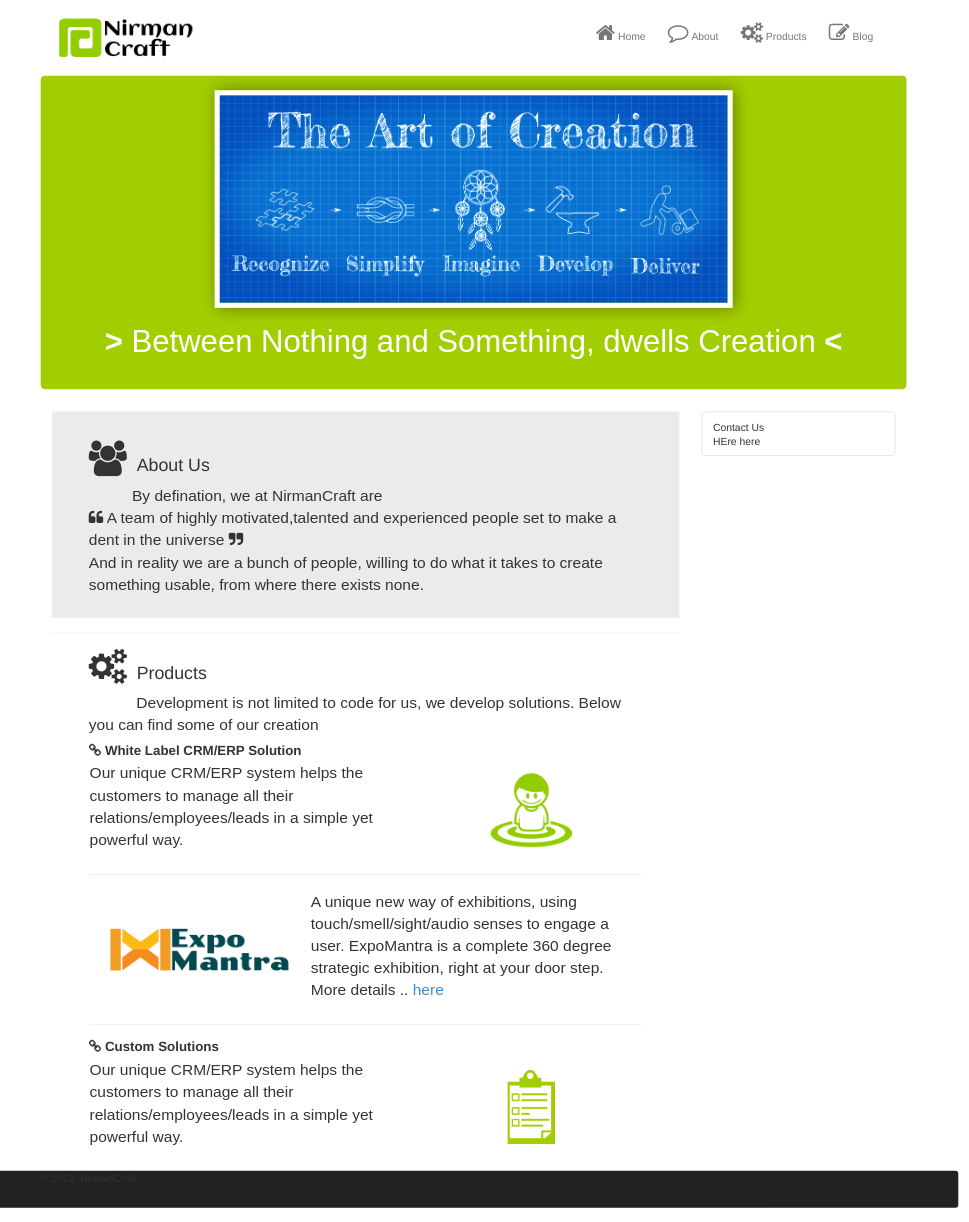
Repository: MeShreyas/NirmanCraftWebsite
Page: NirmanCraft/index.html
An editor plug-in stored every save of this project. The page is shown before and after the next save, followed by the edit.
The browser window is 1280 px wide. The page is 1310 px wide, so the pictures cover 1310 px, including what lies to the right of the window. The pictures show the whole page, at 74% of full size.
Some web fonts or font styles are not loaded; a fallback is used.

Above is the page before, as saved 2013-10-08 08:46:47.
Console error: ReferenceError: jQuery is not defined

### NirmanCraft/index.html
<!DOCTYPE html>
<html lang="en">
	<head>
		<meta charset="utf-8">

		<!-- Always force latest IE rendering engine (even in intranet) & Chrome Frame
		Remove this if you use the .htaccess -->
		<meta http-equiv="X-UA-Compatible" content="IE=edge,chrome=1">

		<title>Nirman Craft</title>
		<meta name="description" content="">
		<meta name="author" content="Shreyas">

		<meta name="viewport" content="width=device-width; initial-scale=1.0">

		<!-- Replace favicon.ico & apple-touch-icon.png in the root of your domain and delete these references -->
		<link rel="shortcut icon" href="/favicon.ico">
		<link rel="stylesheet" href="css/bootstrap.min.css">
		<link rel="apple-touch-icon" href="/apple-touch-icon.png">
		<link rel="stylesheet" href="font-awesome/css/font-awesome.min.css"/>
		<style type="text/css">
			.title-text {
				font-family: 'Strait', sans-serif;
				font-size: 2em;
				color: #FFFFFF;
			}

			.header-text {
				font-family: 'Strait', sans-serif;
				font-size: 1.5em;
				color: #333333;
			}
		</style>
	</head>

	<body>
		<div class="row">
			<header class="container navbar" style="background-color: #FFFFFF;margin-bottom:0px">
				<div class="container">
					<div class="navbar-header">
						<a class="navbar-brand" href="../"><img src="images/nclogo.png" width="200px" style="padding:10px"/></a>
					</div>
					<div class="navbar-text pull-right">
						<ul class="nav navbar-nav container" >
							<li>
								<a href="../getting-started"><i class="icon-home icon-2x"></i>&nbsp;Home</a>
							</li>
							<li>
								<a href="../css"><i class="icon-comment-alt icon-2x"></i>&nbsp;About</a>
							</li>
							<li>
								<a href="../components"><i class="icon-cogs icon-2x"></i>&nbsp;Products</a>
							</li>
							<li>
								<a href="../javascript"><i class="icon-edit icon-2x"></i>&nbsp;Blog</a>
							</li>

						</ul>
					</div>
				</div>
			</header>

			<div class="container jumbotron" style="padding:20px 0px;margin-top:0px;background-color: #A2CD00">
				<div class="container title-text">
					<center>
						<img src="images/finalbanner.png" width="700px" style="border:7px solid #FFFFFF;box-shadow: 3px 0px 20px rgba(0,0,0,0.4)"/>
						<br/>
						<strong>>&nbsp;</strong>Between Nothing and Something, dwells Creation<strong>&nbsp;<</strong>
					</center>
				</div>
			</div>
			<div class="row">
				<div class="container">
					<div class="content col-lg-9">
						<div class="header-text" style="padding:20px 50px;background-color: #ebebeb;">
							<h3><i class="icon-group icon-2x"></i>&nbsp;&nbsp;About Us</h3>
							<div>

								<p>
									&nbsp;&nbsp;&nbsp;&nbsp;&nbsp;&nbsp;&nbsp;&nbsp;&nbsp;&nbsp;By defination,
									we at NirmanCraft are
									 <br/><i class="icon-quote-left"></i>
									A team of highly motivated,talented and experienced people set to make a dent in the universe
									<i class="icon-quote-right"></i><br/>And in reality we are a bunch
									of people, willing to do what it takes to create something usable, from where there exists none.

								</p>
							</div>
						</div>
						<hr/>
						<div class="header-text" style="padding:0 50px">
							<h3><i class="icon-cogs icon-2x"></i>&nbsp;&nbsp;Products</h3>
							<div>
								<p>
									&nbsp;&nbsp;&nbsp;&nbsp;&nbsp;&nbsp;&nbsp;&nbsp;&nbsp;&nbsp;
									Development is not limited to code for us, we develop solutions.
									Below you can find some of our creation
								</p>
								<div>
									<div class="list-group">

											<div>
												<h4 class="list-group-item-heading">
													<i class="icon-link"></i>&nbsp;<strong>White Label CRM/ERP Solution</strong>
												</h4>
												<p class="list-group-item-text">
													<table width="100%">
														<tr>
															<td>
																<p>Our unique CRM/ERP system helps the customers to manage all their
																relations/employees/leads in a simple yet powerful way.
																</p></td>

															<td width="40%" align="center">
																<img src="images/customer.png" height="100px" ></td>
														</tr>
													</table>
												</p>
											</div>
											<hr/>
											<div>
												<h4 class="list-group-item-heading">
													<strong></strong>
												</h4>
												<p class="list-group-item-text">
													<table width="100%">
														<tr>
															<td width="40%" align="center">
																<img src="images/expomantra.png" width="250px" ></td>
															<td>
																<p>A unique new way of exhibitions, using touch/smell/sight/audio senses
																	to engage a user. ExpoMantra is a complete 360 degree strategic
																	exhibition, right at your door step. More details ..
																	<a href="http://expomantra.com" target="_blank">here</a>
																</p></td>


														</tr>
													</table>
												</p>
											</div>
											<hr/>
											<div>
												<h4 class="list-group-item-heading">
													<i class="icon-link"></i>&nbsp;<strong>Custom Solutions</strong>
												</h4>
												<p class="list-group-item-text">
													<table width="100%">
														<tr>
															<td>
																<p>Our unique CRM/ERP system helps the customers to manage all their
																relations/employees/leads in a simple yet powerful way.
																</p></td>

															<td width="40%" align="center"><img src="images/custom.png" height="100px"></td>
														</tr>
													</table>
												</p>
											</div>
										</div>
									</div>

							</div>
						</div>

					</div>
					<div class="sidebar col-lg-3">
							<div class="list-group">
								<div class="list-group-item">
									<div class="list-group-itme-header">
										Contact Us
									</div>
									<div class="list-group-item-text">
										HEre here
									</div>
								</div>

							</div>

					</div>
				</div>
			</div>

		</div>
		<div class="row">
			<div class="navbar navbar-inverse">
				<div class="container">
					<p>
						&copy; 2013, NirmanCraft
					</p>
				</div>
			</div>
		</div>
		<script src="js/bootstrap.min.js" type="text/javascript" charset="utf-8"></script>
		<link href='http://fonts.googleapis.com/css?family=Strait' rel='stylesheet' type='text/css'>
	</body>
</html>

Loaded but not shown: NirmanCraft/css/bootstrap.min.css (library); NirmanCraft/font-awesome/css/font-awesome.min.css (library); NirmanCraft/js/bootstrap.min.js (library)

After the next save:
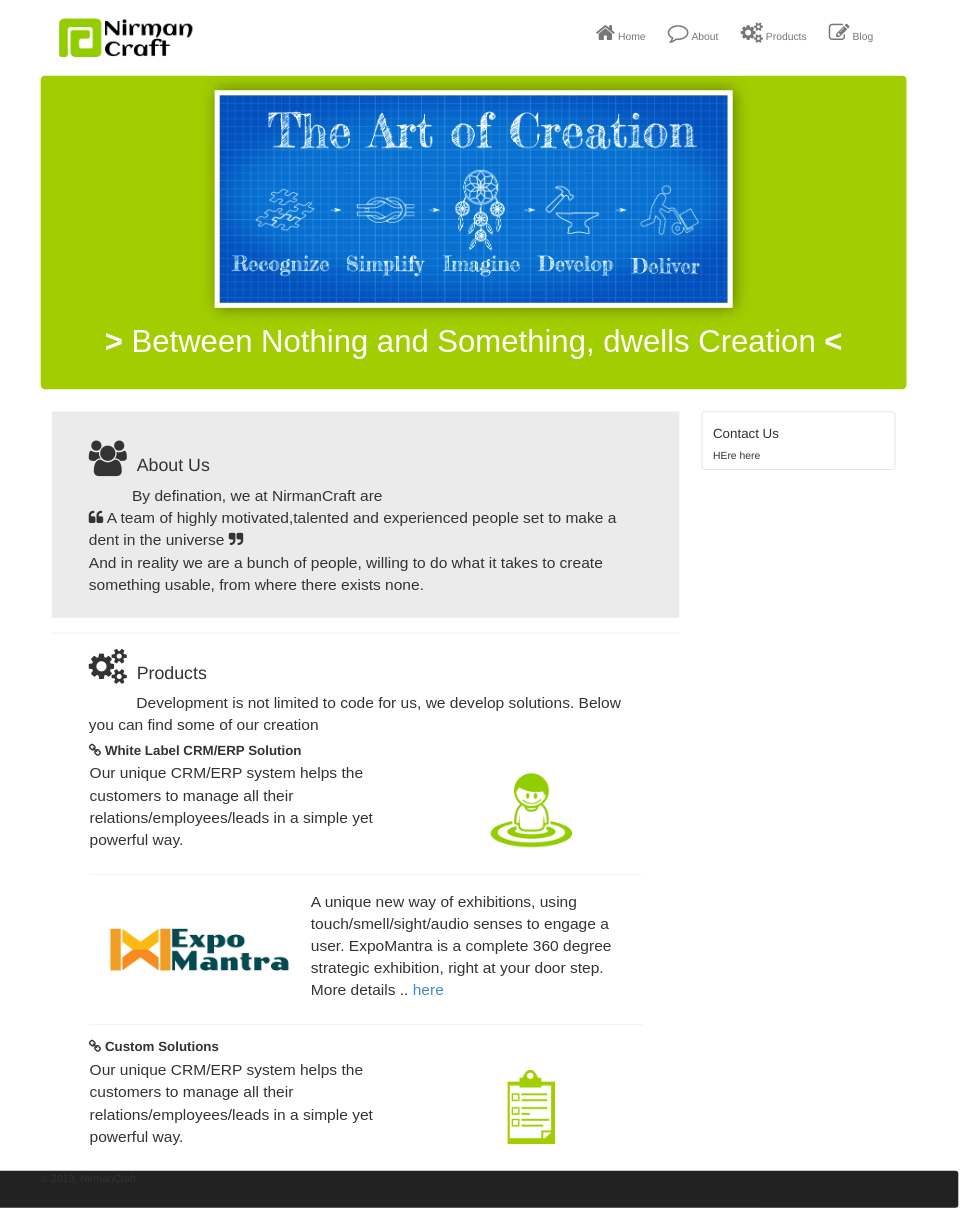
Saved 11 s later.
--- a/NirmanCraft/index.html
+++ b/NirmanCraft/index.html
@@ -167,9 +167,9 @@
 					<div class="sidebar col-lg-3">
 							<div class="list-group">
 								<div class="list-group-item">
-									<div class="list-group-itme-header">
+									<h4 class="list-group-itme-header">
 										Contact Us
-									</div>
+									</h4>
 									<div class="list-group-item-text">
 										HEre here
 									</div>
